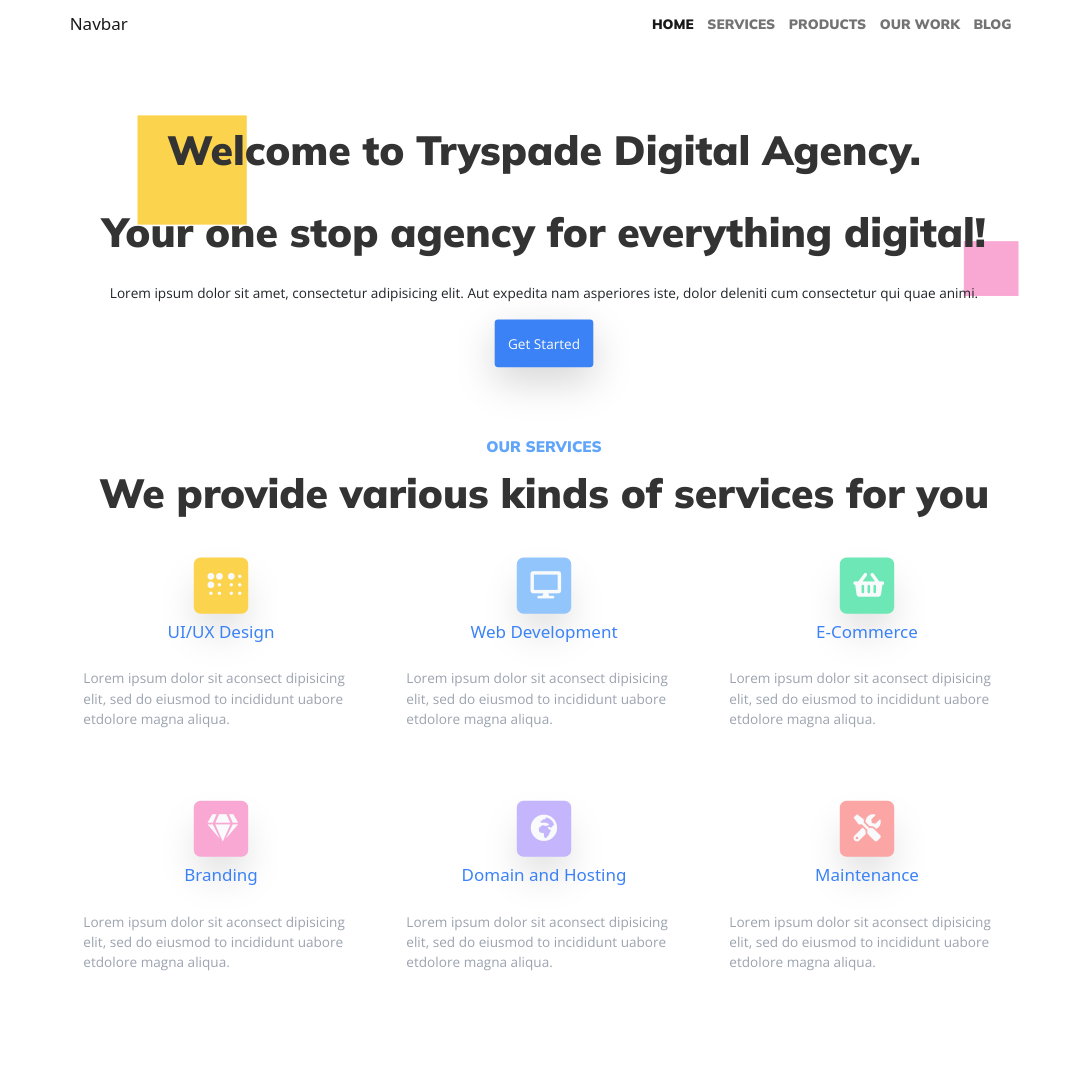
Repository: latenightsnacc/super-octo-fortnight
Page: index.html
An editor plug-in stored every save of this project. The page is shown before and after the next save, followed by the edit.
The browser window is 1280 px wide. The pictures show the whole page, at 85% of full size.
Some web libraries are served in a nearby version. The style sheet was rebuilt from its Sass, Less or Tailwind sources for each picture, by a compiler version that may differ from the author's.

Above is the page before, as saved 2021-01-29 13:44:28.

After the next save:
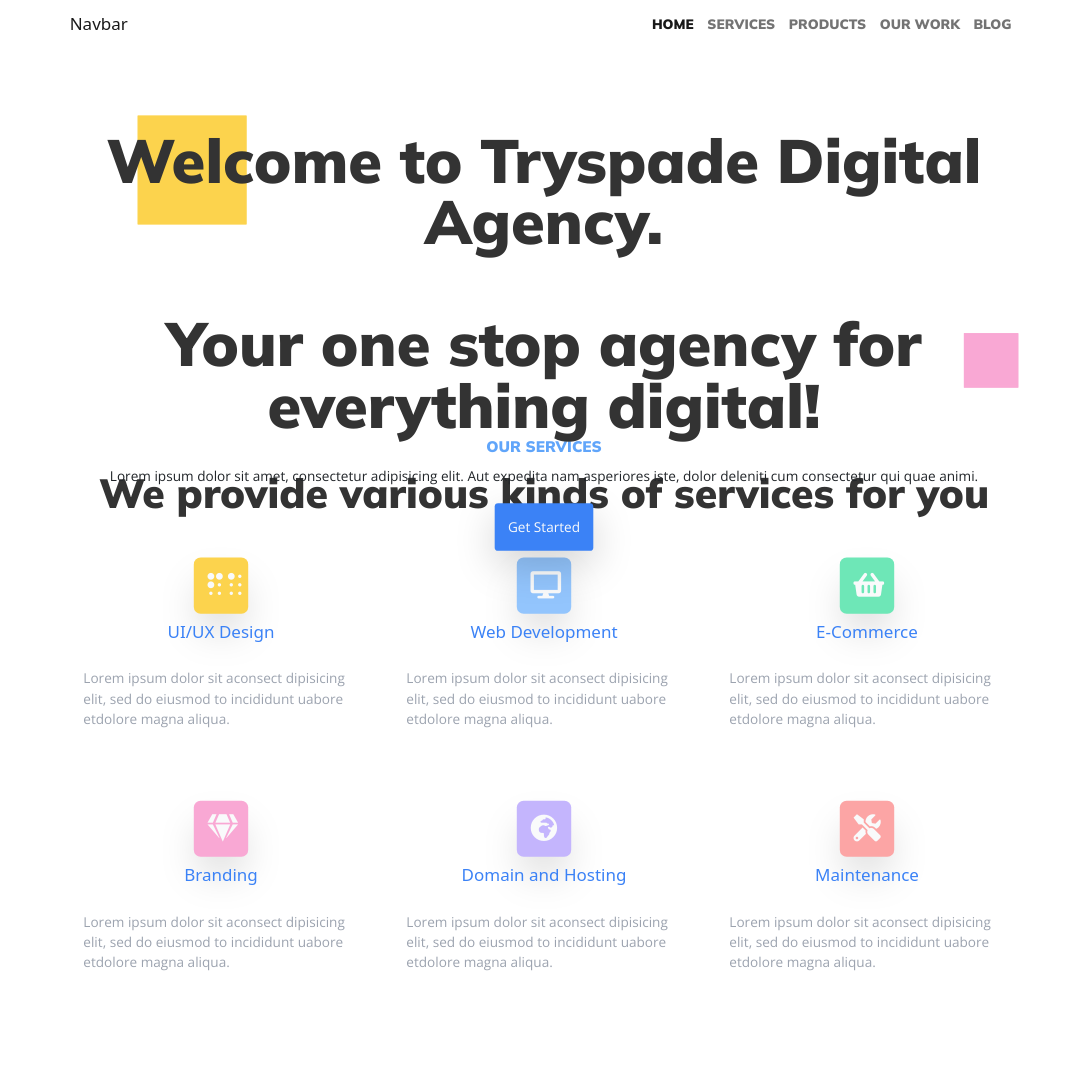
Saved 6 min 27 s later.
--- a/index.html
+++ b/index.html
@@ -56,7 +56,7 @@
             <div class="container">
                 <div class="relative flex flex-col items-center h-auto">
                     <div class="z-10 text-black text-2xl text-center title"></div>
-                    <h1 class="z-10 text-center my-3 leading-10 text-4xl md:text-5xl">Welcome to Tryspade Digital Agency. <br/><br/>Your one stop agency for everything digital!</h1>
+                    <h1 class="z-10 text-center my-3 leading-10 text-4xl md:text-7xl">Welcome to Tryspade Digital Agency. <br/><br/>Your one stop agency for everything digital!</h1>
                     <p class="z-10 text-center">Lorem ipsum dolor sit amet, consectetur adipisicing elit. Aut expedita nam asperiores iste, dolor deleniti cum consectetur qui quae animi.</p>
                     <!--BOXES-->
                     <div class=" absolute top-0 left-20">
